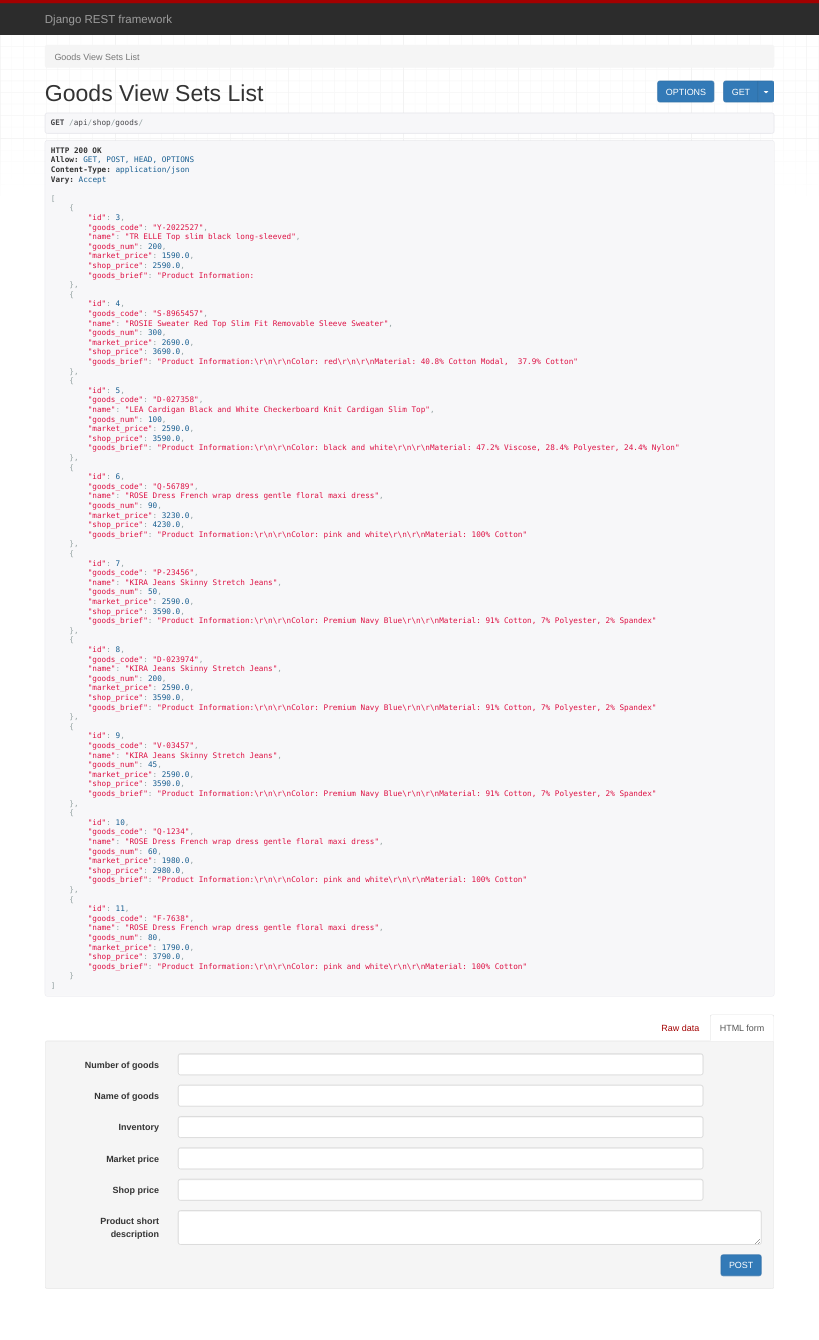
Repository: Sunxu001/OnlineShop-Backend
Page: http://localhost/api/shop/goods/
These files come from the project's save history. The page is drawn as it stood at one moment and after the next save; the edit follows.
The browser window is 1280 px wide. The pictures show the whole page, at 64% of full size.
Backgrounds fixed to the window are drawn as part of the page. The page is served by the project's application, run on Django 4.2 (manage.py). The page reads the database file committed with the project.

Above is the page before, as saved 2022-05-28 15:26:44.

After the next save:
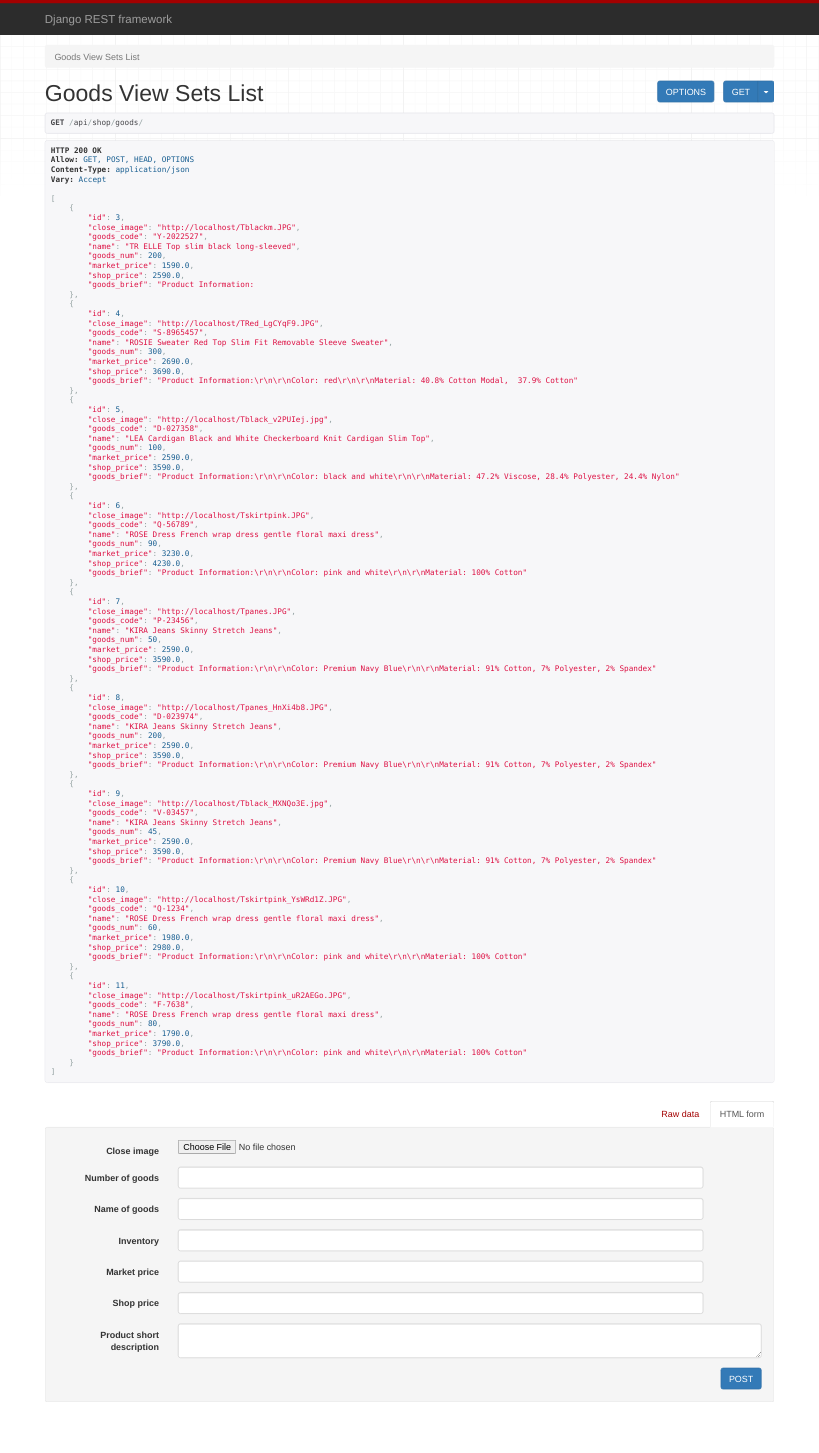
Saved 8 s later.
--- a/WEB-PROJECT/shop/models.py
+++ b/WEB-PROJECT/shop/models.py
@@ -41,7 +41,7 @@ def __str__(self):
     return f"{self.email}"
 
 class Goods(models.Model):
-
+    close_image = models.ImageField()
     goods_code = models.CharField("number of goods", max_length=50, default="")
     name = models.CharField("name of goods", max_length=100, )
     goods_num = models.IntegerField("Inventory", default=0)
